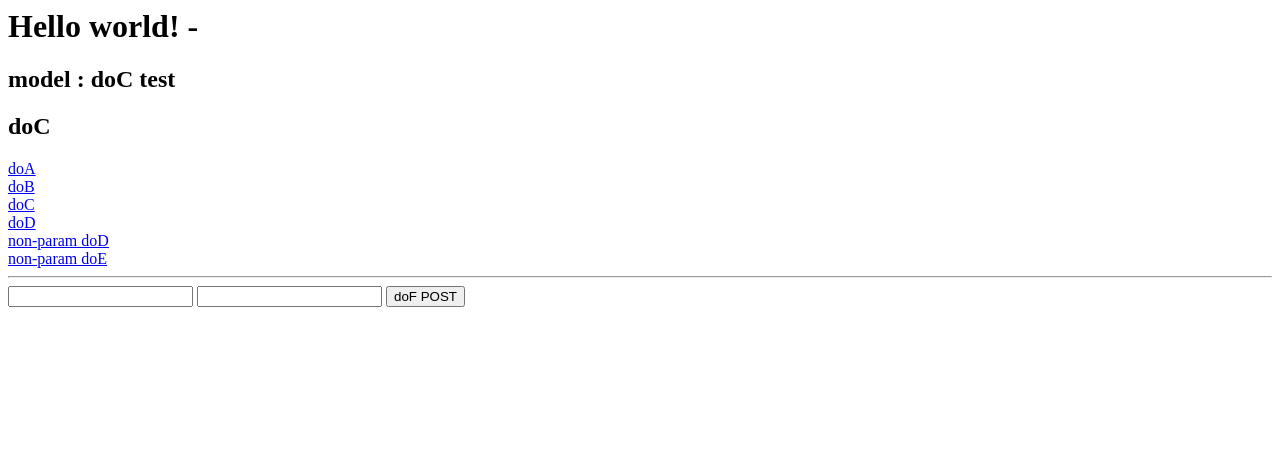
Repository: m1njunK/workspace-spring
Page: http://localhost/mvc_part01_controller/doC
An editor plug-in stored every save of this project. The page is shown before and after the next save, followed by the edit.
The browser window is 1280 px wide. The pictures show the whole page.
The page is served by Tomcat 9. Other server files are loaded and not shown. The template is opened directly, without the code that normally fills it, so the values that code supplies are empty.

Above is the page before, as saved 2023-07-24 06:52:45.

### mvc_part01_controller/src/main/webapp/WEB-INF/views/home.jsp
<%@ taglib uri="http://java.sun.com/jsp/jstl/core" prefix="c" %>
<%@ page session="true" %>
<html>
<head>
	<title>Home</title>
</head>
<body>
<h1>
	Hello world! - ${sessionScope.test}
</h1>
<h2>
	model : ${requestScope.modelTest}
</h2>
<h2>
	doC
</h2>
<a href="doA">doA</a> <br/>
<a href="doB">doB</a> <br/>
<a href="doC">doC</a> <br/>
<a href="doD?msg=helloSpring">doD</a> <br/>
<a href="doD">non-param doD</a> <br/>
<a href="doE">non-param doE</a> <br/>
<hr/>
<form action="doF" method="POST">
	<input type="text" name="msg" required/>
	<input type="number" name="age" required/>
	<input type="submit" value="doF POST"/>
</form>
</body>
</html>

After the next save:
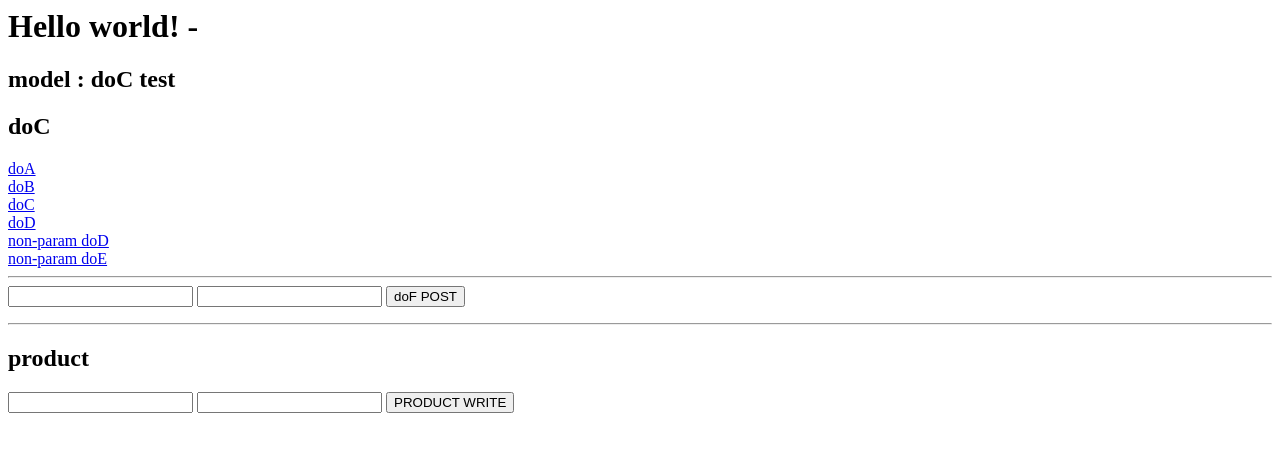
Saved 111 s later.
--- a/mvc_part01_controller/src/main/webapp/WEB-INF/views/home.jsp
+++ b/mvc_part01_controller/src/main/webapp/WEB-INF/views/home.jsp
@@ -26,5 +26,12 @@
 	<input type="number" name="age" required/>
 	<input type="submit" value="doF POST"/>
 </form>
+<hr/>
+<h2>product</h2>
+<form action="productWrite" method="POST">
+	<input type="text" name="name" required/>
+	<input type="number" name="price" required/>
+	<input type="submit" value="PRODUCT WRITE"/>
+</form>
 </body>
 </html>
